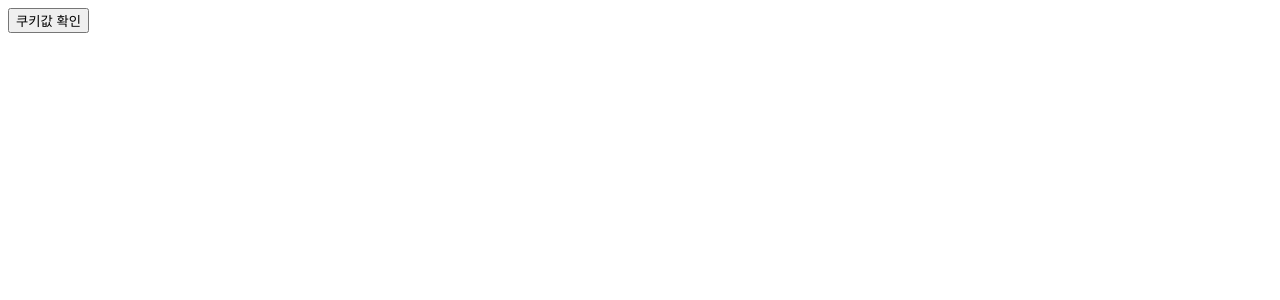
Repository: hhw9797/bitcampjn201904
Page: http://localhost/FirstWeb/cookie/viewCookiejs.jsp
The author's editor kept a copy of each file at every save. The page is drawn from the files as they stood at one save, then again after the next save.
The browser window is 1280 px wide. The pictures show the whole page.
The page is served by Tomcat 9. Other server files are loaded and not shown.

Above is the page before, as saved 2019-06-25 06:15:51.

### html/html5/jsp/FirstWeb/WebContent/cookie/viewCookiejs.jsp
<%@ page language="java" contentType="text/html; charset=UTF-8"
    pageEncoding="UTF-8"%>
<!DOCTYPE html>
<html>
<head>
<meta charset="UTF-8">
<title>Insert title here</title>
<script src="https://code.jquery.com/jquery-1.12.4.js"></script>
<style>

</style>
</head>
<body>

<input type="button" id="viewCookie" value="쿠키값 확인" >
<div id="view">

</div>

<script>

	$(document).ready(function(){

		var name = 'name';

		$('#viewCookie').click(function(){
			var value = document.cookie.match('(^|;)?' + name + '=([^;]*)(;|$)');
			value = value?value[2]:null;
			alert(value);
			$('#view').html('name=' + value);
		})

	});

</script>

</body>
</html>

After the next save:
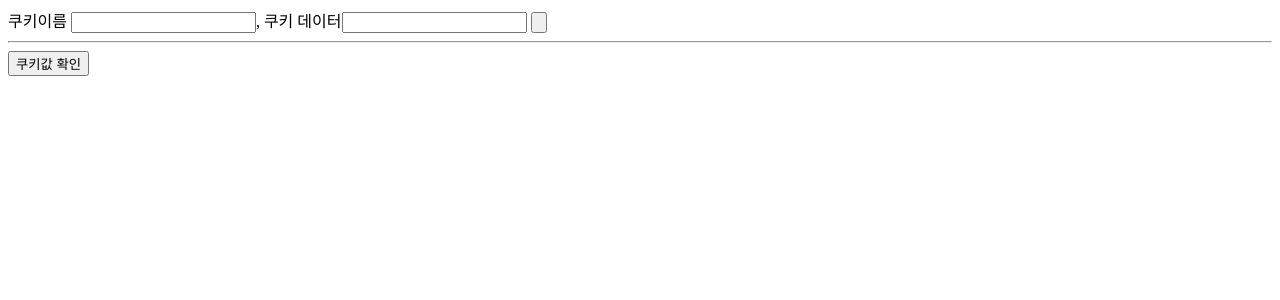
Saved 4 min 0 s later.
--- a/html/html5/jsp/FirstWeb/WebContent/cookie/viewCookiejs.jsp
+++ b/html/html5/jsp/FirstWeb/WebContent/cookie/viewCookiejs.jsp
@@ -12,6 +12,10 @@
 </head>
 <body>
 
+쿠키이름 <input type="text" id="cName">,
+쿠키 데이터<input type="text" id="cValue">
+<input type="button" id="createCookie">
+<hr>
 <input type="button" id="viewCookie" value="쿠키값 확인" >
 <div id="view">
 
